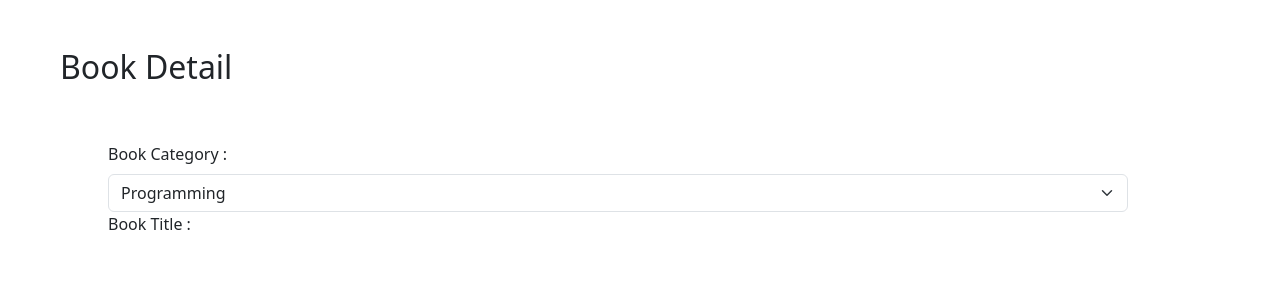
Repository: nyeinsu4520/coursera-test
Page: J2P_J2EE/src/main/webapp/bookOrderForm.html
An editor plug-in stored every save of this project. The page is shown before and after the next save, followed by the edit.
The browser window is 1280 px wide. The pictures show the whole page.

Above is the page before, as saved 2024-05-27 13:40:46.

### J2P_J2EE/src/main/webapp/bookOrderForm.html
<!DOCTYPE html>
<html>
<head>
<meta charset="ISO-8859-1">
<title>Book Order Form</title>
<link href="https://cdn.jsdelivr.net/npm/bootstrap@5.3.3/dist/css/bootstrap.min.css" rel="stylesheet" integrity="sha384-QWTKZyjpPEjISv5WaRU9OFeRpok6YctnYmDr5pNlyT2bRjXh0JMhjY6hW+ALEwIH" crossorigin="anonymous">
<script src="https://cdn.jsdelivr.net/npm/bootstrap@5.3.3/dist/js/bootstrap.bundle.min.js" integrity="sha384-YvpcrYf0tY3lHB60NNkmXc5s9fDVZLESaAA55NDzOxhy9GkcIdslK1eN7N6jIeHz" crossorigin="anonymous"></script>

</head>
<body>
	<div class="container m-5">
	<h2>Book Detail</h2>
	<form action="" method="" class="p-5">
		<label for="bookcategory" class="form-label">Book Category : </label>
            <select class="form-select" id="bookcategory" name="bookcategory">
                <option value="programming">Programming</option>
                <option value="os">OS</option>
            </select>
       	<label for="booktitle" class="form-label">Book Title : </label>

	</form>


	</div>

</body>
</html>

After the next save:
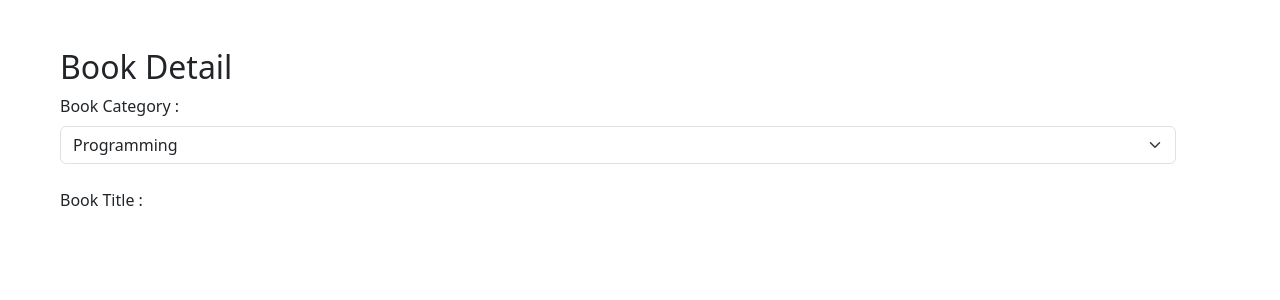
Saved 28 s later.
--- a/J2P_J2EE/src/main/webapp/bookOrderForm.html
+++ b/J2P_J2EE/src/main/webapp/bookOrderForm.html
@@ -10,12 +10,14 @@
 <body>
 	<div class="container m-5">
 	<h2>Book Detail</h2>
-	<form action="" method="" class="p-5">
+	<form action="" method="">
+	<div class="mb-4">
 		<label for="bookcategory" class="form-label">Book Category : </label>
             <select class="form-select" id="bookcategory" name="bookcategory">
                 <option value="programming">Programming</option>
                 <option value="os">OS</option>
             </select>
+    </div>
        	<label for="booktitle" class="form-label">Book Title : </label>
 
 	</form>
